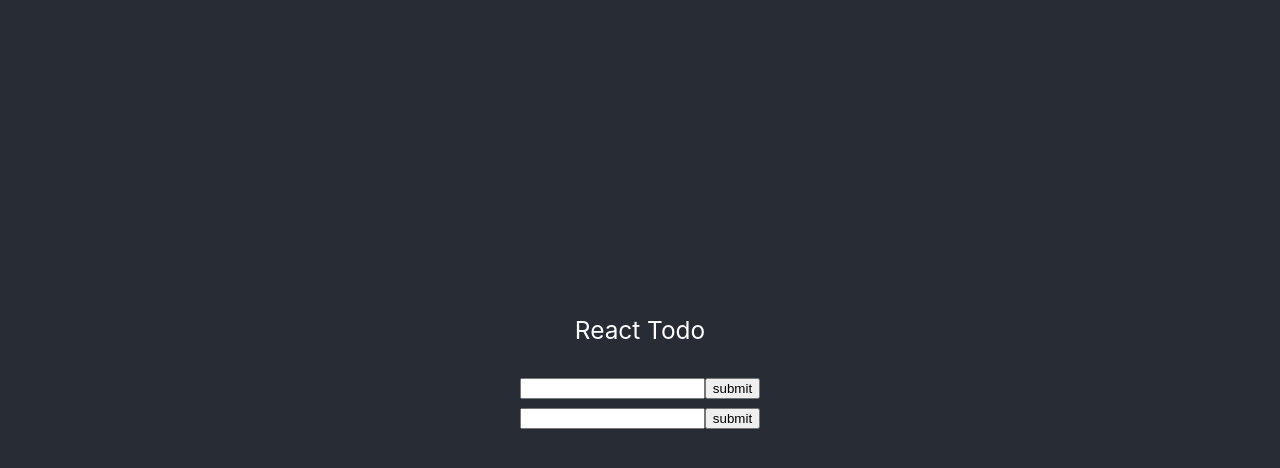
Repository: DinoDime/TodoList3
Page: /
The author's editor kept a copy of each file at every save. The page is drawn from the files as they stood at one save, then again after the next save.
The browser window is 1280 px wide. The pictures show the whole page.
The project was rebuilt for these pictures with package versions that can differ from the ones it lists, and the page was loaded fresh each time. Also part of the build but not shown: src/components/Todo.js, src/components/TodoList.js.

Above is the page before, as saved 2021-04-15 14:40:41.

After the next save:
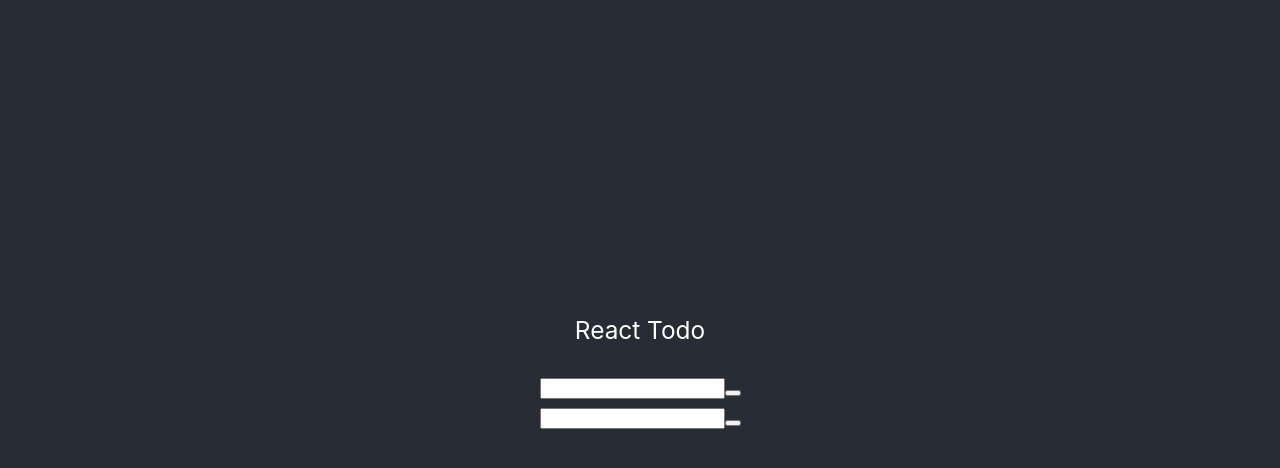
Saved 40 s later.
--- a/src/components/TodoForm.js
+++ b/src/components/TodoForm.js
@@ -14,20 +14,20 @@ const TodoForm = () => {
 	const handleSubmit = (e) => {
 		e.preventDefault();
 		if (todo.task.trim()) {
-			addTodo({...todo, id: Date.now() });
-			setTodo({...todo, task:""})
+			AudioDestinationNode({})
 		}
+
 	}
 
   return(
-  <form onSubmit={handleSubmit}>
+  <form>
 		<input
 			name="task"
 			type="text"
 			value={todo.task}
 			onChange={handleTaskInputChange}
 		/>
-		<button type="submit">submit</button>
+		<button type="submit"/>
   </form>
   );
 }
